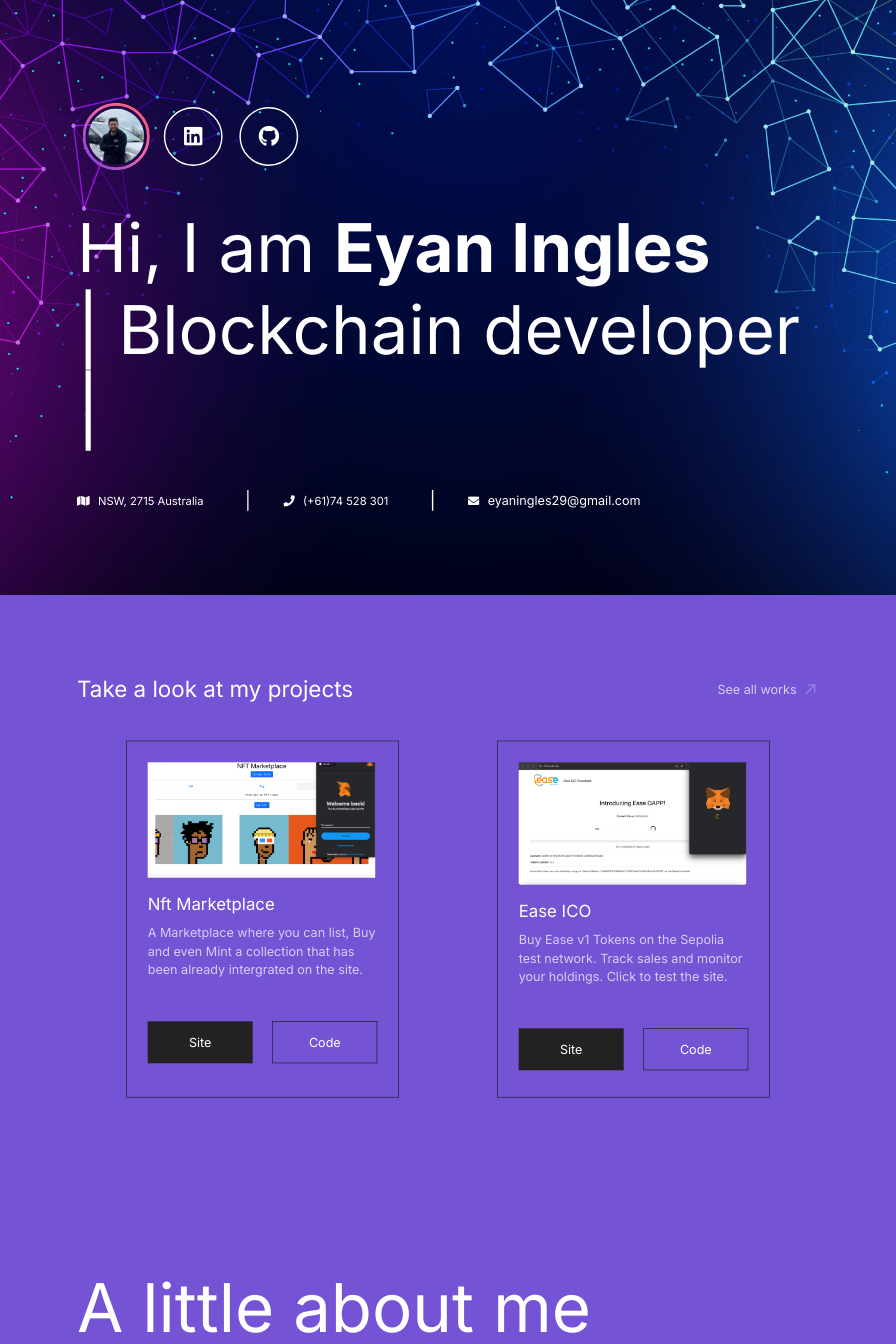
Repository: EyanIngles/Resume
Page: index.html
These files come from the project's save history. The page is drawn as it stood at one moment and after the next save; the edit follows.
The browser window is 1280 px wide. The pictures show the part of the page from y = 0 to 1920 px (the page is 4848 px tall), at 70% of full size.

Above is the page before, as saved 2024-06-03 18:32:31.

After the next save:
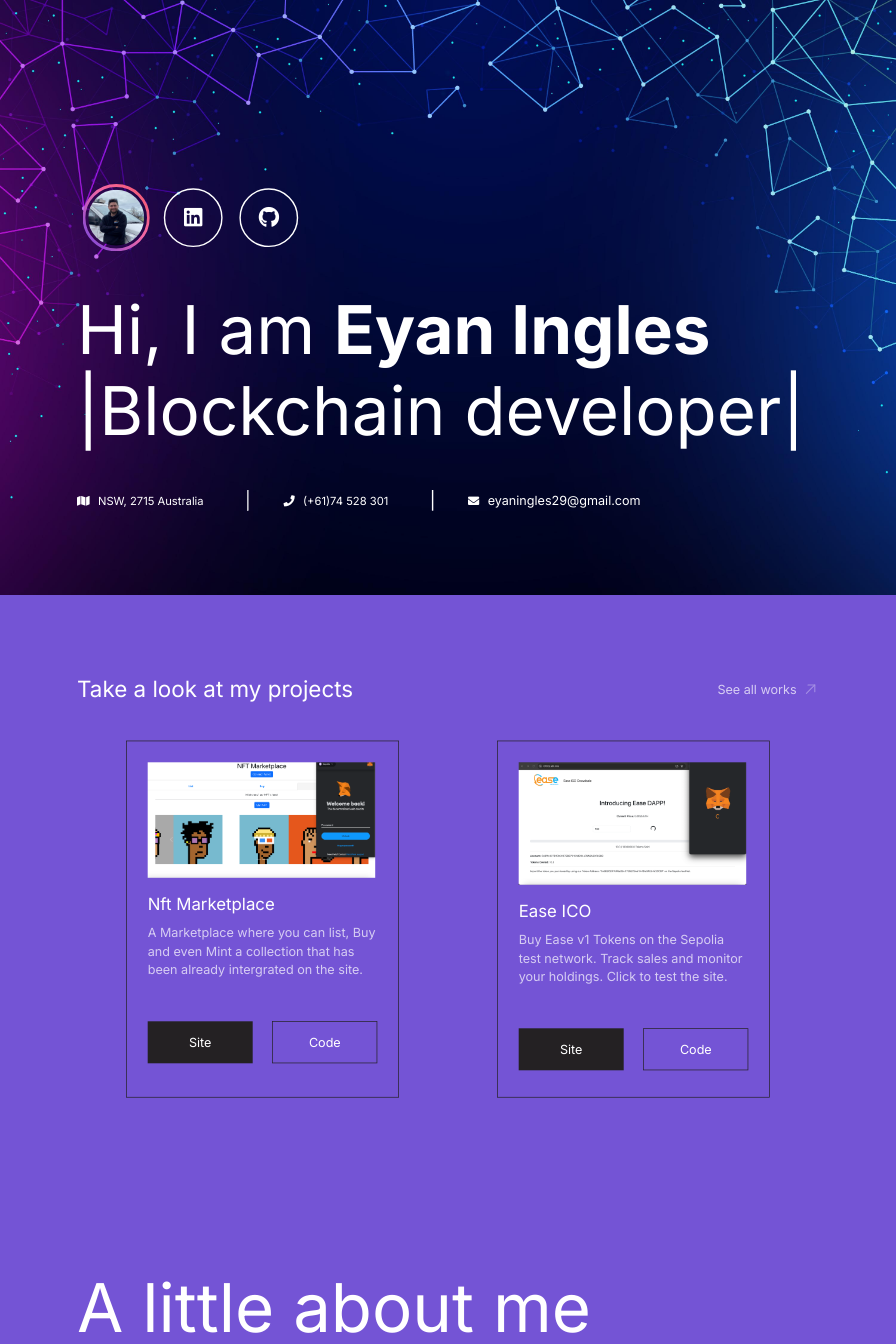
Saved 16 s later.
--- a/index.html
+++ b/index.html
@@ -47,7 +47,7 @@
 
         <h1>
             Hi, I am <strong>Eyan Ingles</strong><br />
-            | Blockchain developer |
+            |Blockchain developer|
         </h1>
 
         <ul class="contact-details flex-list">
